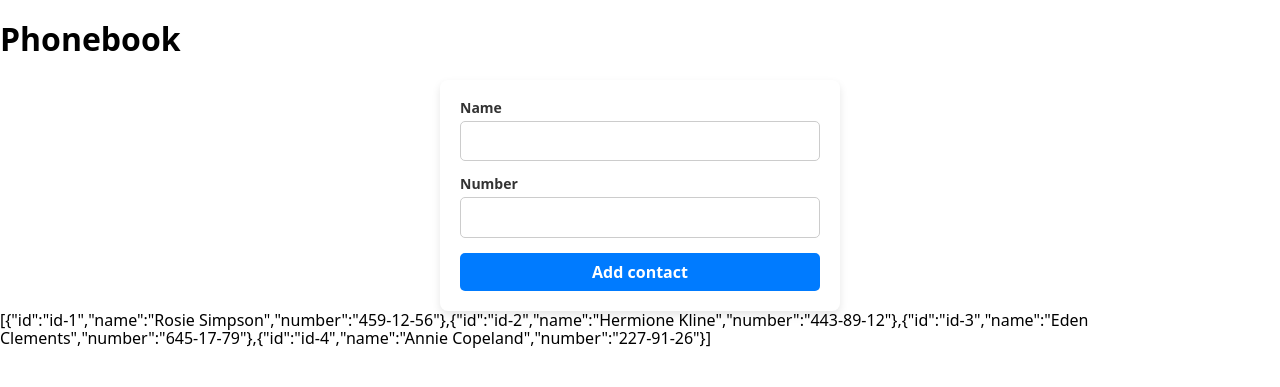
Repository: Evgeniya-Tishakova/goit-react-hw-03
Page: /
The author's editor kept a copy of each file at every save. The page is drawn from the files as they stood at one save, then again after the next save.
The browser window is 1280 px wide. The pictures show the whole page.
The project was rebuilt for these pictures with package versions that can differ from the ones it lists, and the page was loaded fresh each time. Also part of the build but not shown: vite.config.js, src/index.css, src/components/App/App.module.css, src/components/ContactList/ContactList.module.css, src/components/ContactList/ContactList.jsx.

Above is the page before, as saved 2025-03-08 00:28:52.

After the next save:
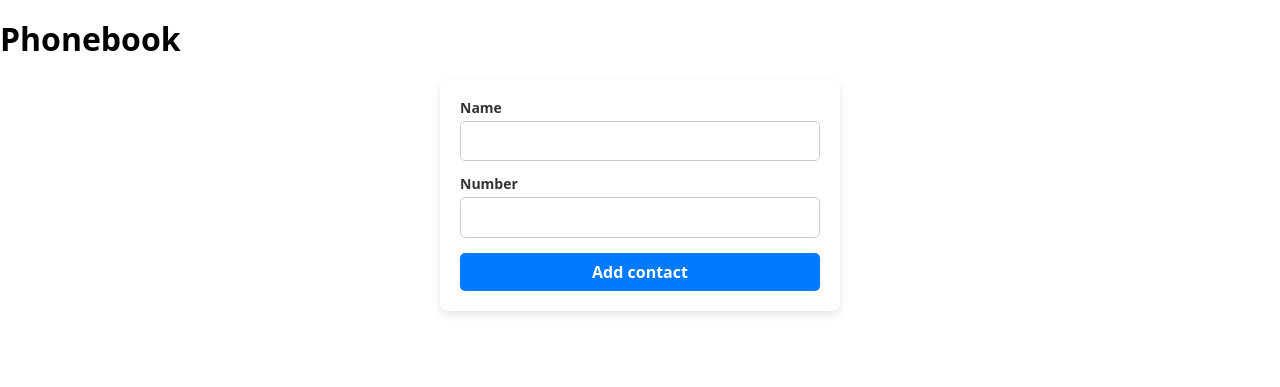
Saved 25 s later.
--- a/src/components/App/App.jsx
+++ b/src/components/App/App.jsx
@@ -20,7 +20,6 @@ export default function App() {
     setUsers((prevUsers) => {
       return [...prevUsers, newUser];
     });
-    console.log(users);
   };
 
   const searchUsers = users.filter((user) => user.name.toLowerCase());
@@ -30,7 +29,6 @@ export default function App() {
       <div className={css.container}>
         <h1 className={css.title}>Phonebook</h1>
         <ContactForm onAdd={addUsers} />
-        {JSON.stringify(users)}
       </div>
     </>
   );
